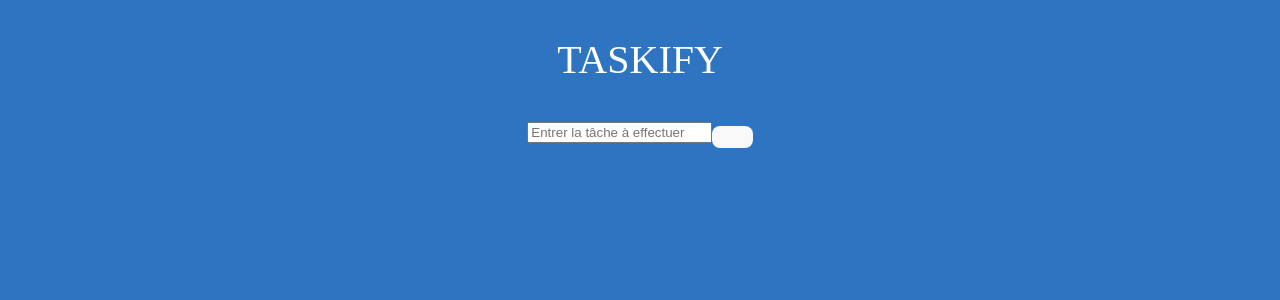
Repository: abdoulkarim20/react-ts-training
Page: /
These files come from the project's save history. The page is drawn as it stood at one moment and after the next save; the edit follows.
The browser window is 1280 px wide. The pictures show the whole page.
Some web fonts or font styles are not loaded; a fallback is used. The project was rebuilt for these pictures with package versions that can differ from the ones it lists, and the page was loaded fresh each time. Also part of the build but not shown: vite.config.ts.

Above is the page before, as saved 2024-01-22 23:55:00.

After the next save:
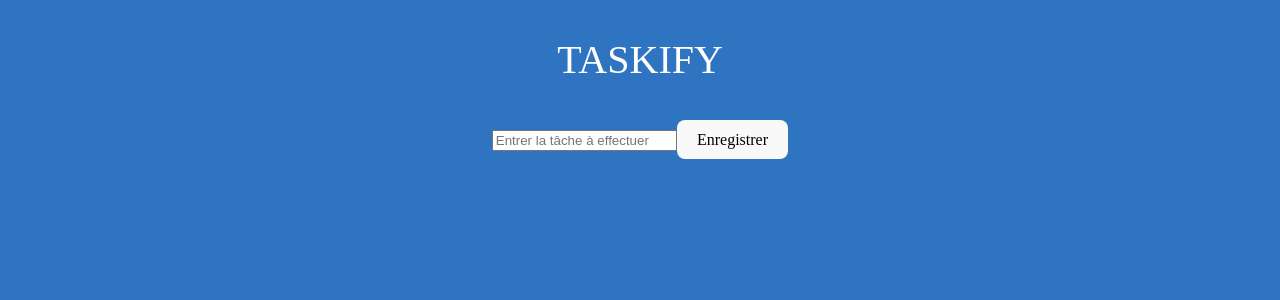
Saved 6 s later.
--- a/src/components/InputField.tsx
+++ b/src/components/InputField.tsx
@@ -2,7 +2,7 @@ const InputField = () => {
     return (
         <form className="task-form">
             <input type="input" placeholder="Entrer la tâche à effectuer" className="input-task" />
-            <button></button>
+            <button>Enregistrer</button>
         </form>
     )
 }
